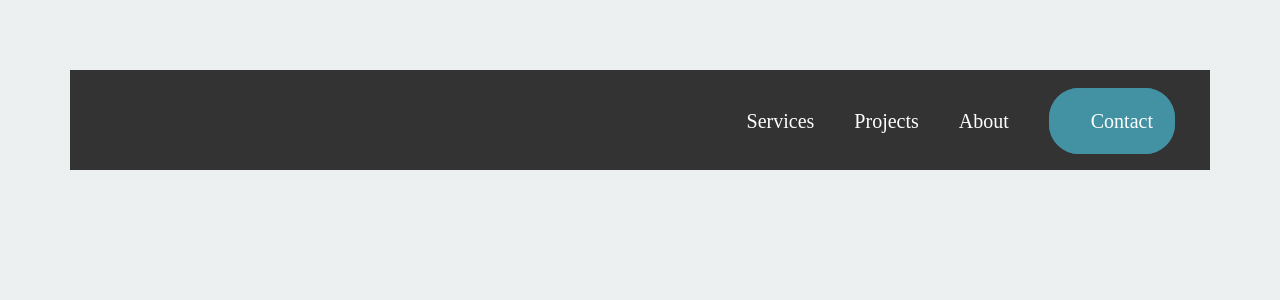
Repository: arifshahriyarnader/css-flexbox
Page: Exercise 1/index.html
These files come from the project's save history. The page is drawn as it stood at one moment and after a run of saves; the edit follows.
The browser window is 1280 px wide. The pictures show the whole page.

Above is the page before, as saved 2024-06-15 16:06:22.

### Exercise 1/index.html
<!DOCTYPE html>
<html lang="en">
<head>
    <meta charset="UTF-8">
    <meta name="viewport" content="width=device-width, initial-scale=1.0">
    <title>Navbar Using Flexbox</title>
    <link rel="stylesheet" href="css/style.css">
</head>
<body>
   <nav class="menubar_sec">
       <div class="leftmenu_link">
            <ul>
                <li><a href="#">Services</a></li>
                <li><a href="#">Projects</a></li>
                <li><a href="#">About</a></li>
                <li><a href="#" class="contact_btn">Contact</a></li>
            </ul>
           </div>
   </nav>
</body>
</html>

### Exercise 1/css/style.css
*{
    margin: 0px;
    padding: 0px;
}

ul{
    list-style: none;
}
a{
    text-decoration: none;
}
body{
    background-color: #ECF0F1;
}
.menubar_sec{
    background-color:#333333;
    min-height: 100px;
    margin: 70px;
    display:flex;
    justify-content: flex-end;
}

.leftmenu_link ul{
    display: flex;
    gap:40px;
    padding:40px 35px 35px 40px;

}

.leftmenu_link ul li a{
    color:#fff;
    font-size:20px;
    cursor: pointer;
}
.contact_btn{
    background-color:#4292A3;
    color:#fff;
    padding:20px 20px 20px 40px;
    border: 2px solid #4292A3;
    border-radius: 30px;

}

After the next 3 saves:
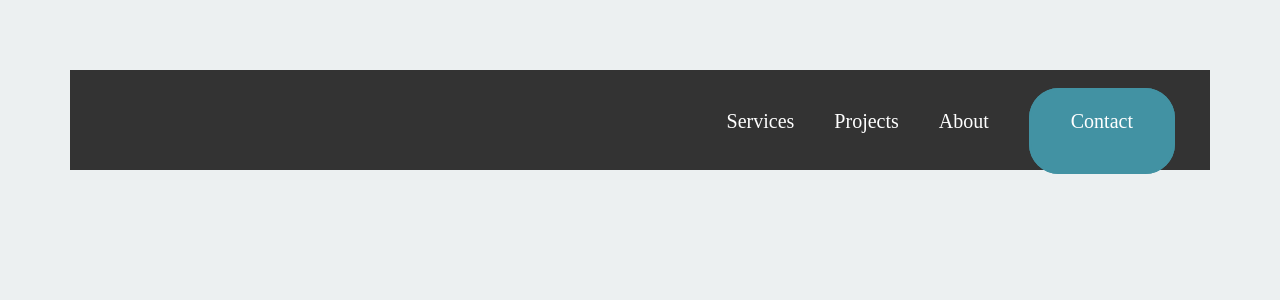
The 3 saves are shown as one change because they came seconds apart.
The last was saved 17 s later.
--- a/Exercise 1/css/style.css
+++ b/Exercise 1/css/style.css
@@ -35,7 +35,7 @@ body{
 .contact_btn{
     background-color:#4292A3;
     color:#fff;
-    padding:20px 20px 20px 40px;
+    padding:20px 40px 40px 40px;
     border: 2px solid #4292A3;
     border-radius: 30px;
 
